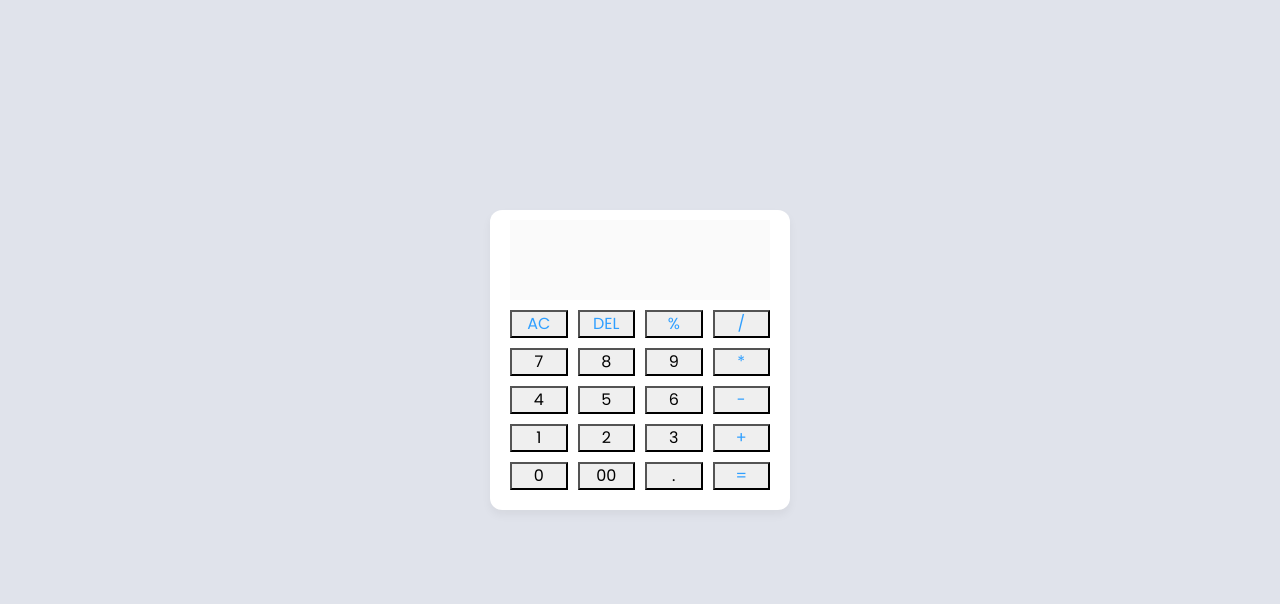
Repository: Jatuphonezyxx007/pos
Page: calculator.html
An editor plug-in stored every save of this project. The page is shown before and after the next save, followed by the edit.
The browser window is 1280 px wide. The pictures show the whole page.

Above is the page before, as saved 2024-09-29 16:44:05.

### calculator.html
<!DOCTYPE html>
<!-- Coding By CodingNepal - codingnepalweb.com -->
<html lang="en">
  <head>
    <meta charset="UTF-8" />
    <meta http-equiv="X-UA-Compatible" content="IE=edge" />
    <meta name="viewport" content="width=device-width, initial-scale=1.0" />
    <title>Calculator in HTML CSS & JavaScript</title>
    <!-- <link rel="stylesheet" href="style.css" /> -->

    <link href="https://cdn.jsdelivr.net/npm/bootstrap@5.3.3/dist/css/bootstrap.min.css" rel="stylesheet" integrity="sha384-QWTKZyjpPEjISv5WaRU9OFeRpok6YctnYmDr5pNlyT2bRjXh0JMhjY6hW+ALEwIH" crossorigin="anonymous">

    <style>
        /* Import Google font - Poppins */
@import url("https://fonts.googleapis.com/css2?family=Poppins:wght@300;400;500;600;700&display=swap");
* {
  margin: 0;
  padding: 0;
  box-sizing: border-box;
  font-family: "Poppins", sans-serif;
}
body {
  height: 100vh;
  display: flex;
  align-items: center;
  justify-content: center;
  background: #e0e3eb;
}
.container {
  position: relative;
  max-width: 300px;
  width: 100%;
  border-radius: 12px;
  padding: 10px 20px 20px;
  background: #fff;
  box-shadow: 0 5px 10px rgba(0, 0, 0, 0.05);
}
.display {
  height: 80px;
  width: 100%;
  outline: none;
  border: none;
  text-align: right;
  margin-bottom: 10px;
  font-size: 25px;
  color: #000e1a;
  pointer-events: none;
}
.buttonscal {
  display: grid;
  grid-gap: 10px;
  grid-template-columns: repeat(4, 1fr);
}
.buttons button {
  padding: 10px;
  border-radius: 6px;
  border: none;
  font-size: 20px;
  cursor: pointer;
  background-color: #eee;
}
.buttons button:active {
  transform: scale(0.99);
}
.operator {
  color: #2f9fff;
}
    </style>

  </head>
  <body>
    <div class="container">
      <input type="text" class="display" disabled />

      <div class="buttonscal">
        <button class="operator" data-value="AC">AC</button>
        <button class="operator" data-value="DEL">DEL</button>
        <button class="operator" data-value="%">%</button>
        <button class="operator" data-value="/">/</button>

        <button data-value="7">7</button>
        <button data-value="8">8</button>
        <button data-value="9">9</button>
        <button class="operator" data-value="*">*</button>

        <button data-value="4">4</button>
        <button data-value="5">5</button>
        <button data-value="6">6</button>
        <button class="operator" data-value="-">-</button>

        <button data-value="1">1</button>
        <button data-value="2">2</button>
        <button data-value="3">3</button>
        <button class="operator" data-value="+">+</button>

        <button data-value="0">0</button>
        <button data-value="00">00</button>
        <button data-value=".">.</button>
        <button class="operator" data-value="=">=</button>
      </div>
    </div>


    <script src="https://cdn.jsdelivr.net/npm/bootstrap@5.3.3/dist/js/bootstrap.bundle.min.js" integrity="sha384-YvpcrYf0tY3lHB60NNkmXc5s9fDVZLESaAA55NDzOxhy9GkcIdslK1eN7N6jIeHz" crossorigin="anonymous"></script>


    <script>
        const display = document.querySelector(".display");
const buttons = document.querySelectorAll("button");
const specialChars = ["%", "*", "/", "-", "+", "="];
let output = "";

//Define function to calculate based on button clicked.
const calculate = (btnValue) => {
  display.focus();
  if (btnValue === "=" && output !== "") {
    //If output has '%', replace with '/100' before evaluating.
    output = eval(output.replace("%", "/100"));
  } else if (btnValue === "AC") {
    output = "";
  } else if (btnValue === "DEL") {
    //If DEL button is clicked, remove the last character from the output.
    output = output.toString().slice(0, -1);
  } else {
    //If output is empty and button is specialChars then return
    if (output === "" && specialChars.includes(btnValue)) return;
    output += btnValue;
  }
  display.value = output;
};

//Add event listener to buttons, call calculate() on click.
buttons.forEach((button) => {
  //Button click listener calls calculate() with dataset value as argument.
  button.addEventListener("click", (e) => calculate(e.target.dataset.value));
});
    </script>
  </body>
</html>

After the next save:
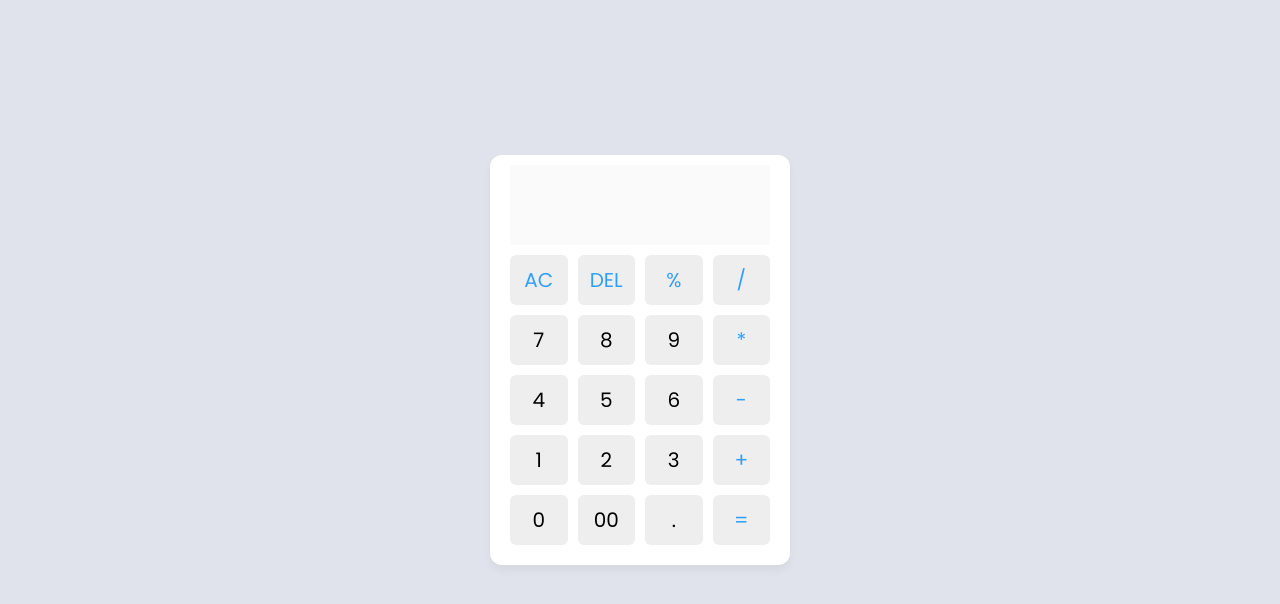
Saved 44 s later.
--- a/calculator.html
+++ b/calculator.html
@@ -46,7 +46,7 @@ body {
   color: #000e1a;
   pointer-events: none;
 }
-.buttonscal {
+.buttons {
   display: grid;
   grid-gap: 10px;
   grid-template-columns: repeat(4, 1fr);
@@ -72,7 +72,7 @@ body {
     <div class="container">
       <input type="text" class="display" disabled />
 
-      <div class="buttonscal">
+      <div class="buttons">
         <button class="operator" data-value="AC">AC</button>
         <button class="operator" data-value="DEL">DEL</button>
         <button class="operator" data-value="%">%</button>
